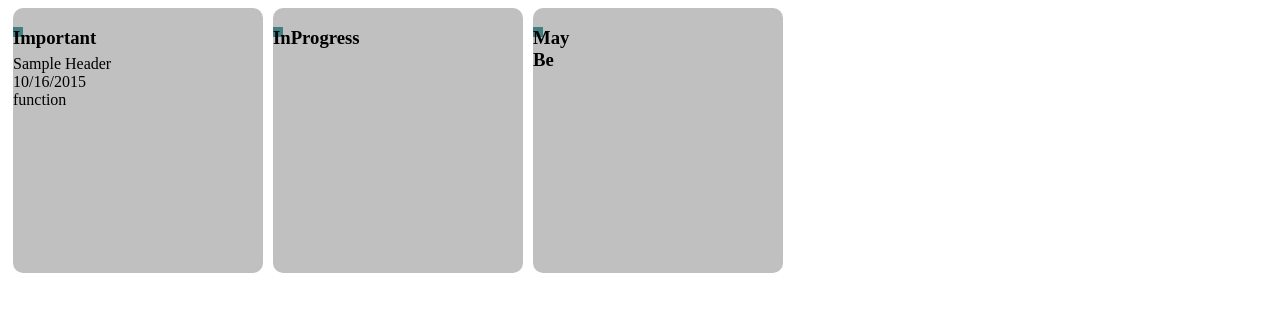
Repository: TharanyaM/Adaptavant--project
Page: Jdo/war/todo.html
An editor plug-in stored every save of this project. The page is shown before and after the next save, followed by the edit.
The browser window is 1280 px wide. The pictures show the whole page.

Above is the page before, as saved 2015-10-16 12:09:06.

### Jdo/war/todo.html
<html>
<head>
<title>todo</title>
<link href="style.css" rel="stylesheet" type="text/css">
</head>
<body>
	<div class="task-list" id="Important">
		<h3 id="head">Important</h3>
		<!-- Sample task added manually to check look -->
		<div class="todo-task">
			<div class="task-header">Sample Header</div>
			<div class="task-date">10/16/2015</div>
			<div class="task-description">function</div>
		</div>
	</div>

	<div class="task-list" id="inProgress">
		<h3 id="head">InProgress</h3>
	</div>

	<div class="task-list" id="May Be">
		<h3 id="head">May Be</h3>
	</div>

</body>
</html>

### Jdo/war/style.css
.task-list {
  width: 250px;
  height:250px;
  float: left;
  margin: 0 5px;
  background-color: #c0c0c0;
  min-height: 240px;
  border-radius: 10px;
  padding-bottom: 15px;
}
#head
{
	height:10px;
	width:10px;
	background-color:#408080;
	border-radious:10px;
}

After the next save:
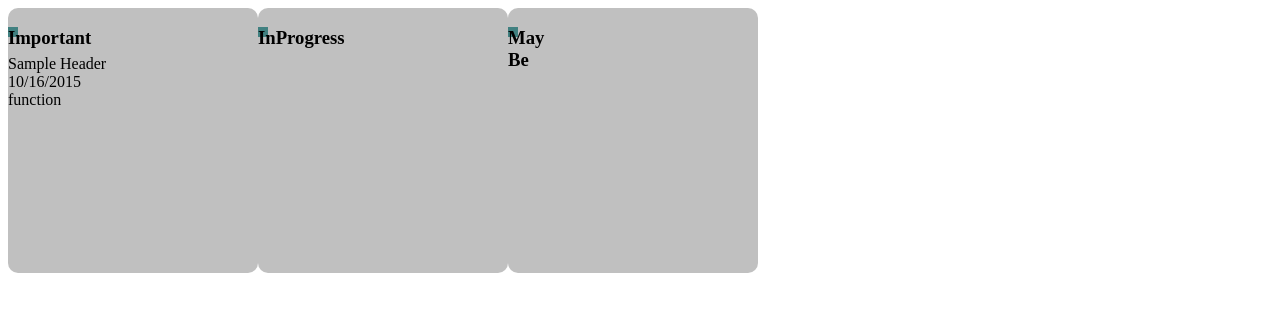
Saved 107 s later.
--- a/Jdo/war/style.css
+++ b/Jdo/war/style.css
@@ -2,6 +2,7 @@
   width: 250px;
   height:250px;
   float: left;
+  margin-top:50px
   margin: 0 5px;
   background-color: #c0c0c0;
   min-height: 240px;

After the save that followed:
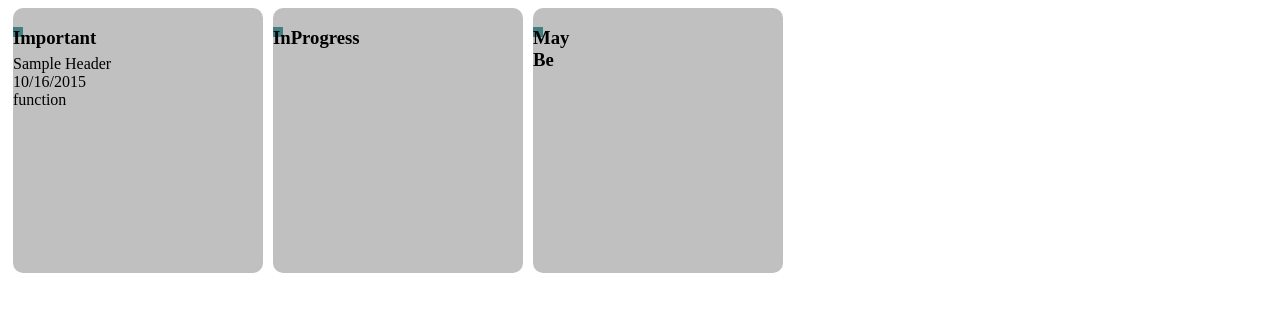
Saved 10 s later.
--- a/Jdo/war/style.css
+++ b/Jdo/war/style.css
@@ -2,7 +2,7 @@
   width: 250px;
   height:250px;
   float: left;
-  margin-top:50px
+  margin-top:50px;
   margin: 0 5px;
   background-color: #c0c0c0;
   min-height: 240px;
